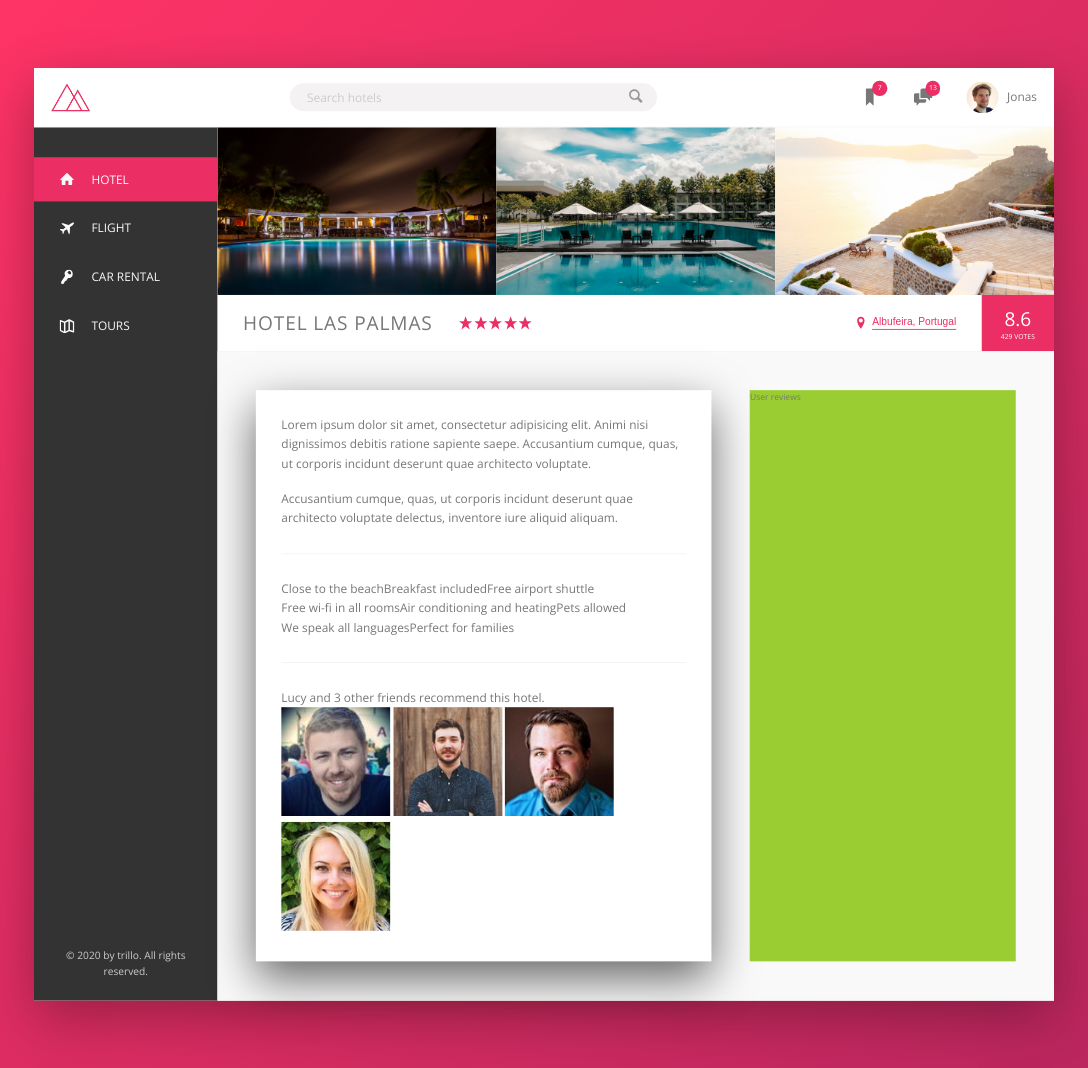
Repository: Lithium87/Trillo
Page: index.html
An editor plug-in stored every save of this project. The page is shown before and after the next save, followed by the edit.
The browser window is 1280 px wide. The pictures show the whole page, at 85% of full size.
The style sheet was rebuilt from its Sass, Less or Tailwind sources for each picture, by a compiler version that may differ from the author's.

Above is the page before, as saved 2020-05-17 00:13:11.

After the next save:
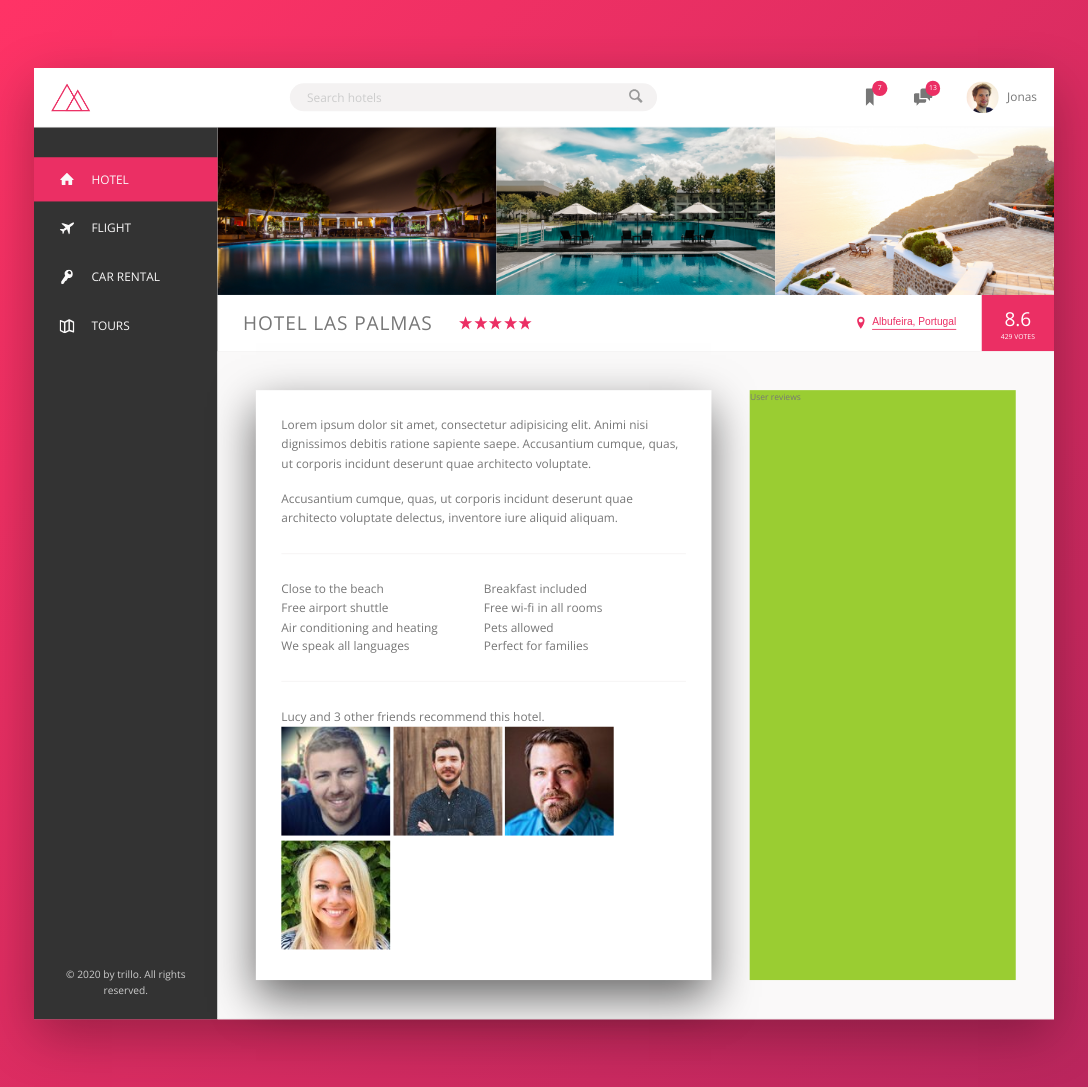
Saved 97 s later.
--- a/sass/_components.scss
+++ b/sass/_components.scss
@@ -273,6 +273,9 @@
     border-bottom: var(--line);
     display: flex;
     flex-wrap: wrap;
+    &__item {
+        flex: 0 0 50%;
+    }
 }
 
 ///////////////////////
